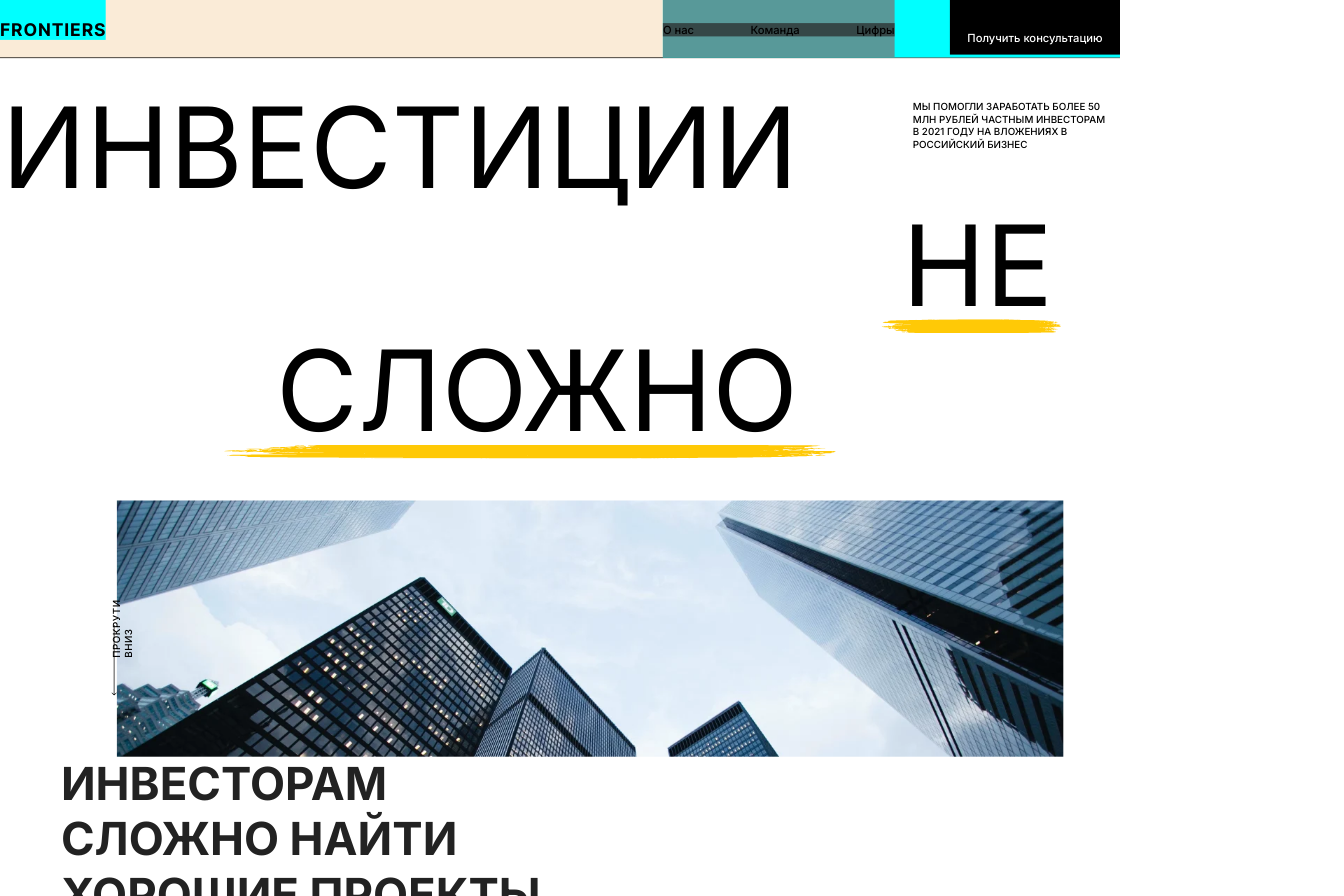
Repository: NadyaKorvin/frontiers
Page: /
An editor plug-in stored every save of this project. The page is shown before and after the next save, followed by the edit.
The browser window is 1280 px wide. The page is 1920 px wide, so the pictures cover 1920 px, including what lies to the right of the window. The pictures show the part of the page from y = 0 to 1280 px (the page is 2633 px tall), at 70% of full size.
The project was rebuilt for these pictures with package versions that can differ from the ones it lists, and the page was loaded fresh each time.

Above is the page before, as saved 2022-05-26 17:21:59.

After the next save:
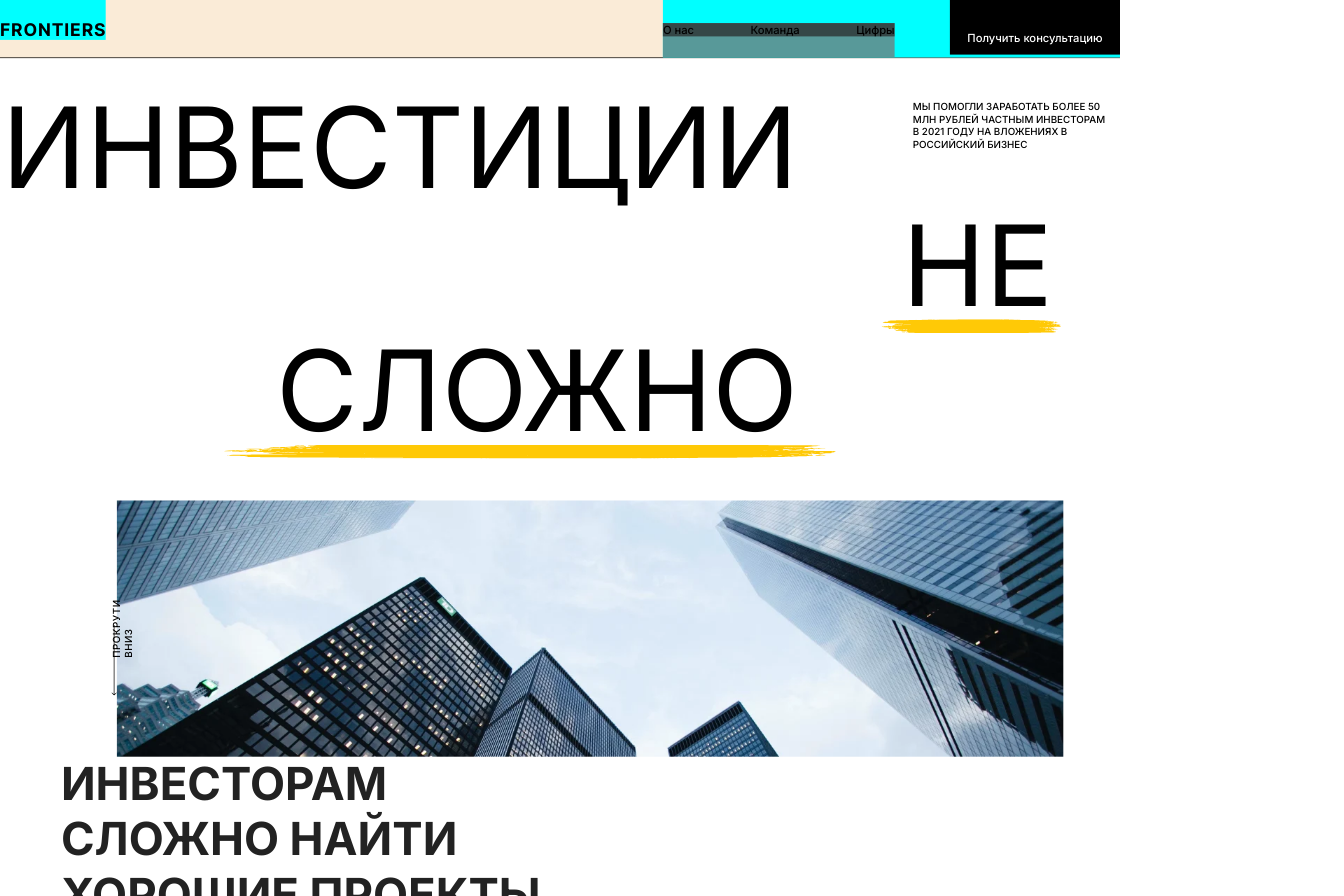
Saved 15 s later.
--- a/src/components/firstScreen/FirstScreen.css
+++ b/src/components/firstScreen/FirstScreen.css
@@ -34,7 +34,7 @@
 }
 
 .firstscreen__nav {
-  padding-top: 33px;
+  margin-top: 33px;
   width: 331px;
   background-color: rgb(88, 153, 153);
 }
